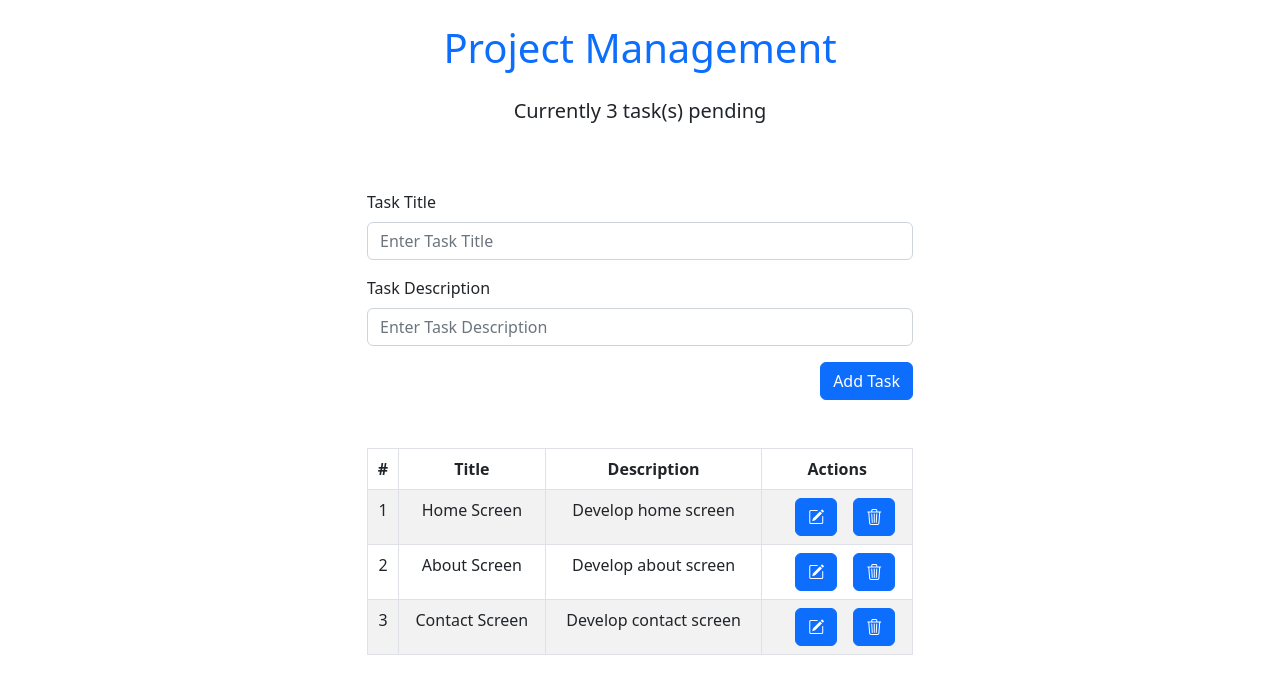
Repository: Jayaseelan0708/react-redux-curd
Page: /
These files come from the project's save history. The page is drawn as it stood at one moment and after the next save; the edit follows.
The browser window is 1280 px wide. The pictures show the whole page.
The page's requests for data from a server got no answer. The project was rebuilt for these pictures with package versions that can differ from the ones it lists, and the page was loaded fresh each time. No one was signed in, and anything a server would have sent is missing. Requests to the local data server were answered from the project's data file. Also part of the build but not shown: src/App.css.

Above is the page before, as saved 2024-09-04 22:02:53.

After the next save:
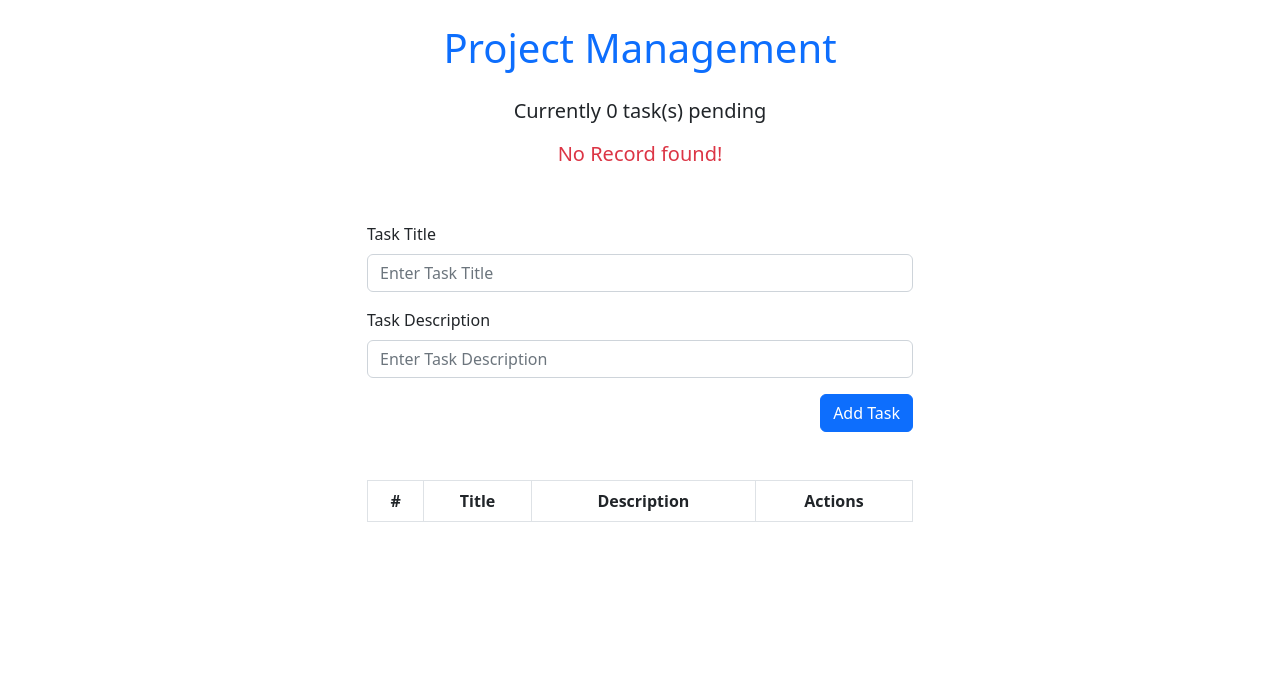
Saved 20 s later.
--- a/src/slices/tasksSlice.js
+++ b/src/slices/tasksSlice.js
@@ -11,7 +11,7 @@
 export const getTasksFromServer = createAsyncThunk(
     "tasks/getTasksFromServer",
     async (_, {rejectWithValue})=>{
-        const response = await fetch('http://localhost:8000/tasks')
+        const response = await fetch('http://localhost:8000/task')
         if(response.ok){
             const jsonResponse = await response.json();
             return jsonResponse;

After the save that followed:
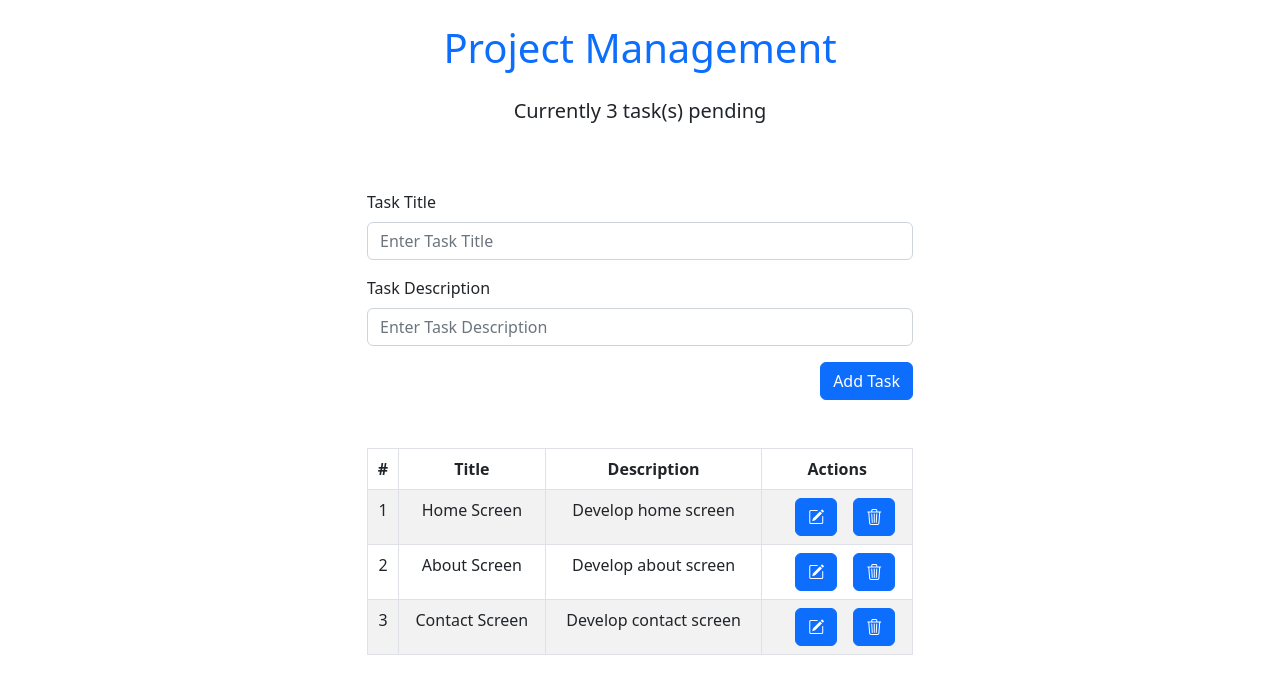
Saved 14 s later.
--- a/src/slices/tasksSlice.js
+++ b/src/slices/tasksSlice.js
@@ -11,7 +11,7 @@
 export const getTasksFromServer = createAsyncThunk(
     "tasks/getTasksFromServer",
     async (_, {rejectWithValue})=>{
-        const response = await fetch('http://localhost:8000/task')
+        const response = await fetch('http://localhost:8000/tasks')
         if(response.ok){
             const jsonResponse = await response.json();
             return jsonResponse;
